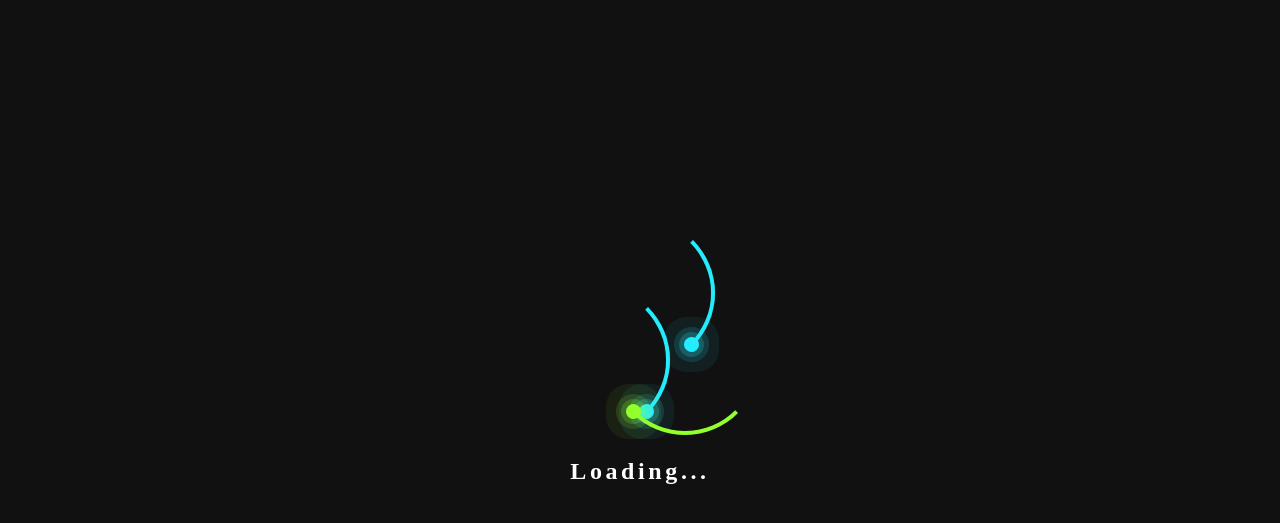
Repository: kiranjeetkaur01/csseffect.github.io
Page: index.html
These files come from the project's save history. The page is drawn as it stood at one moment and after the next save; the edit follows.
The browser window is 1280 px wide. The pictures show the whole page.

Above is the page before, as saved 2023-09-08 12:40:03.

After the next save:
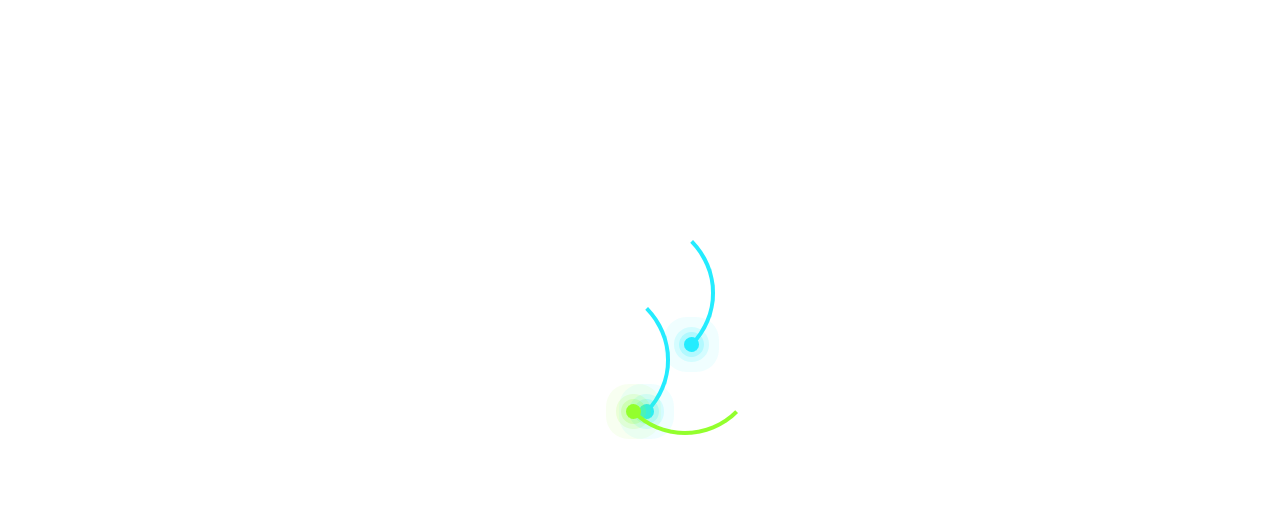
Saved 4 min 52 s later.
--- a/style.css
+++ b/style.css
@@ -9,6 +9,7 @@
     align-items: center;
     justify-content: center;
     min-height: 100vh;
+    min
     background: #111;
 }
 .container{

After the 2 saves that followed:
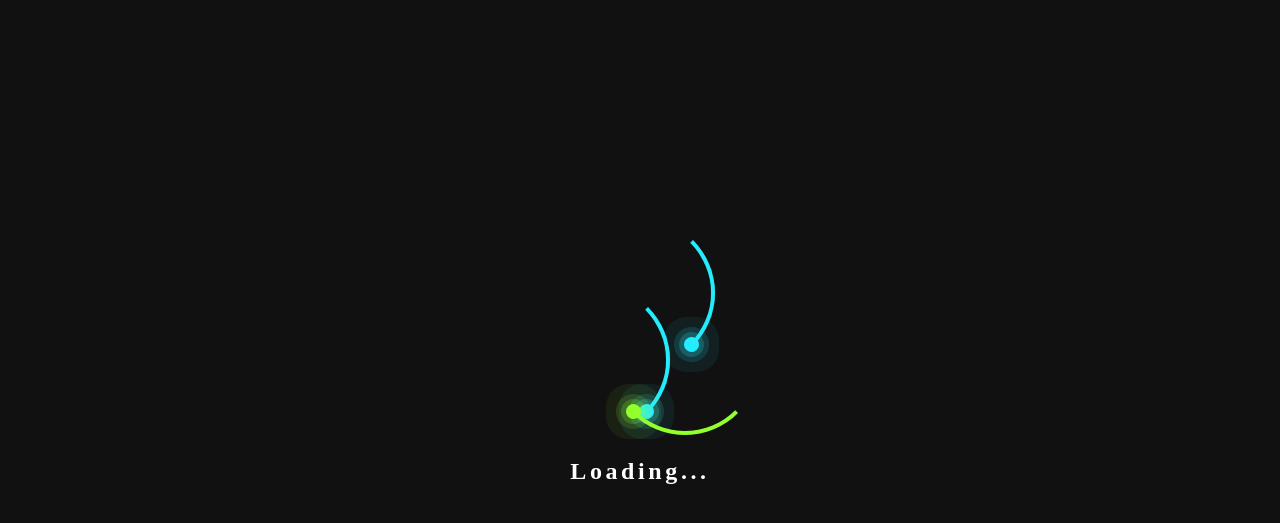
The 2 saves are shown as one change because they came seconds apart.
The last was saved 7 s later.
--- a/style.css
+++ b/style.css
@@ -9,7 +9,7 @@
     align-items: center;
     justify-content: center;
     min-height: 100vh;
-    min
+    min-width: 100vh;
     background: #111;
 }
 .container{
